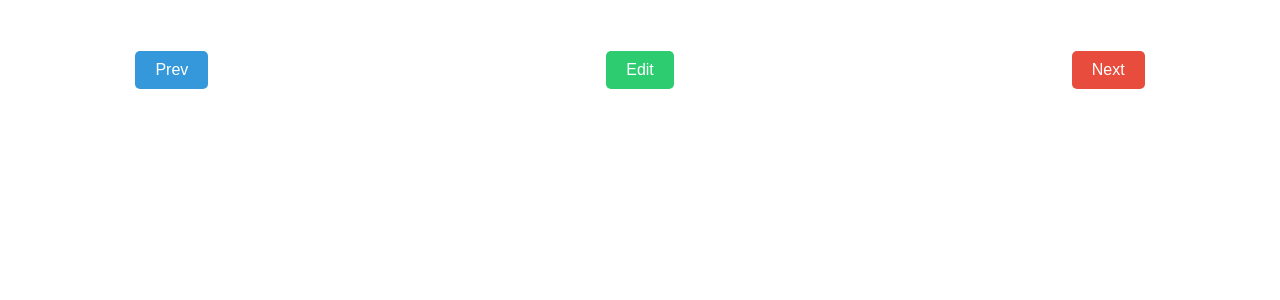
Repository: NopeImNotHere/dotfiles
Page: workspace/playspace/test.html/test.html
These files come from the project's save history. The page is drawn as it stood at one moment and after the next save; the edit follows.
The browser window is 1280 px wide. The pictures show the whole page.

Above is the page before, as saved 2024-03-20 14:01:58.

After the next save:
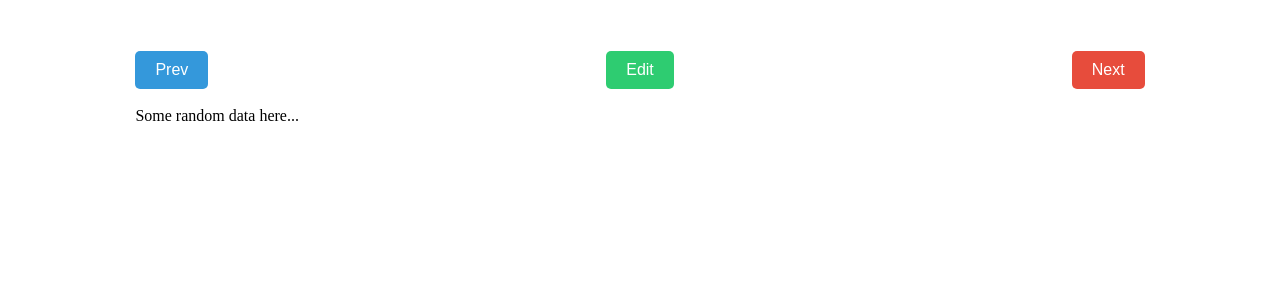
Saved 31 s later.
--- a/workspace/playspace/test.html/test.html
+++ b/workspace/playspace/test.html/test.html
@@ -56,6 +56,11 @@
         </div>
       </td>
     </tr>
+    <tr>
+      <td>
+        <p>Some random data here...</p>
+      </td>
+    </tr>
   </table>
 
 </body>
